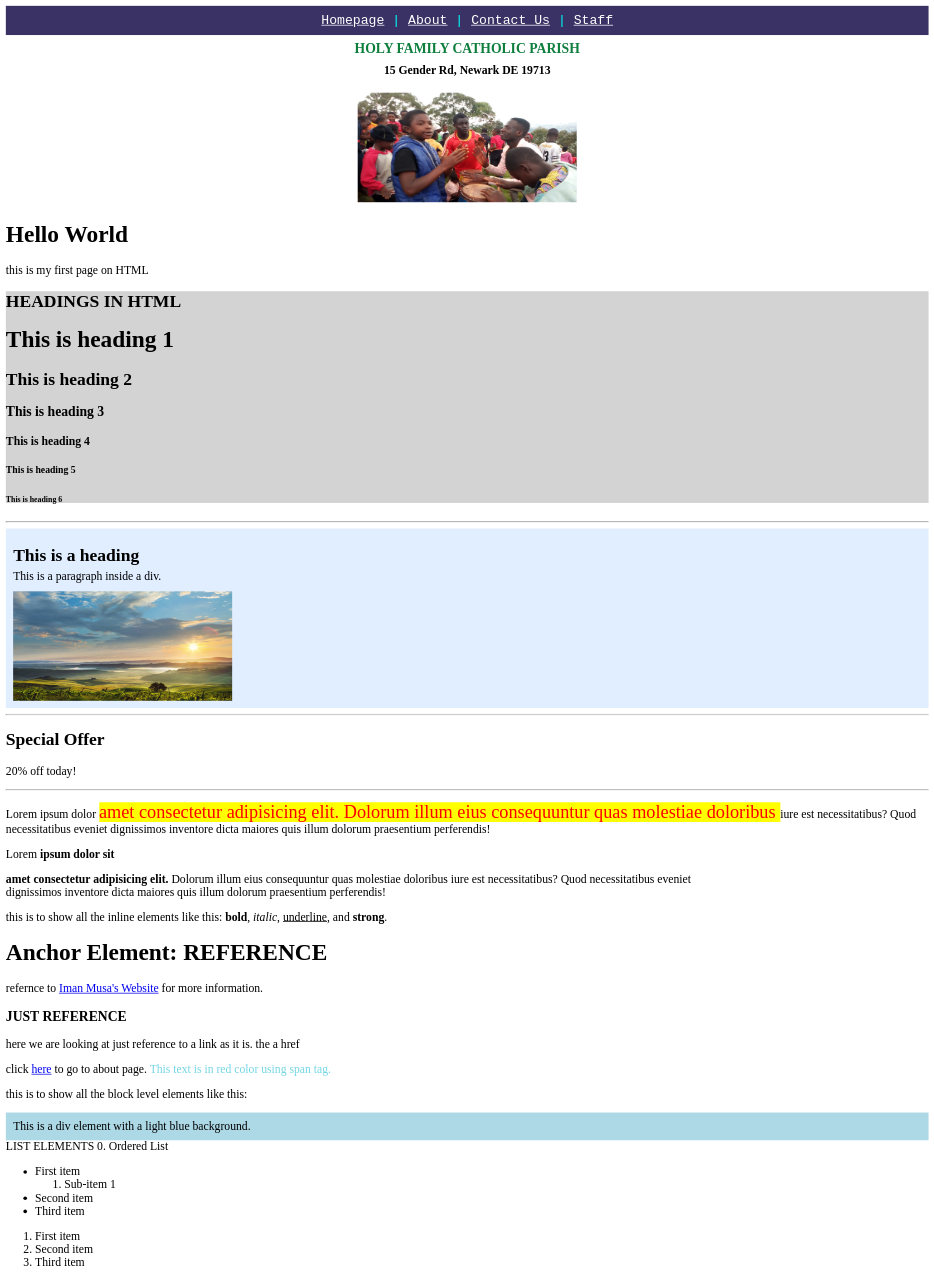
Repository: ficotims/HTML-RESTART
Page: Homepage.html
These files come from the project's save history. The page is drawn as it stood at one moment and after the next save; the edit follows.
The browser window is 1280 px wide. The pictures show the whole page, at 73% of full size.

Above is the page before, as saved 2026-02-10 13:17:41.

After the next save:
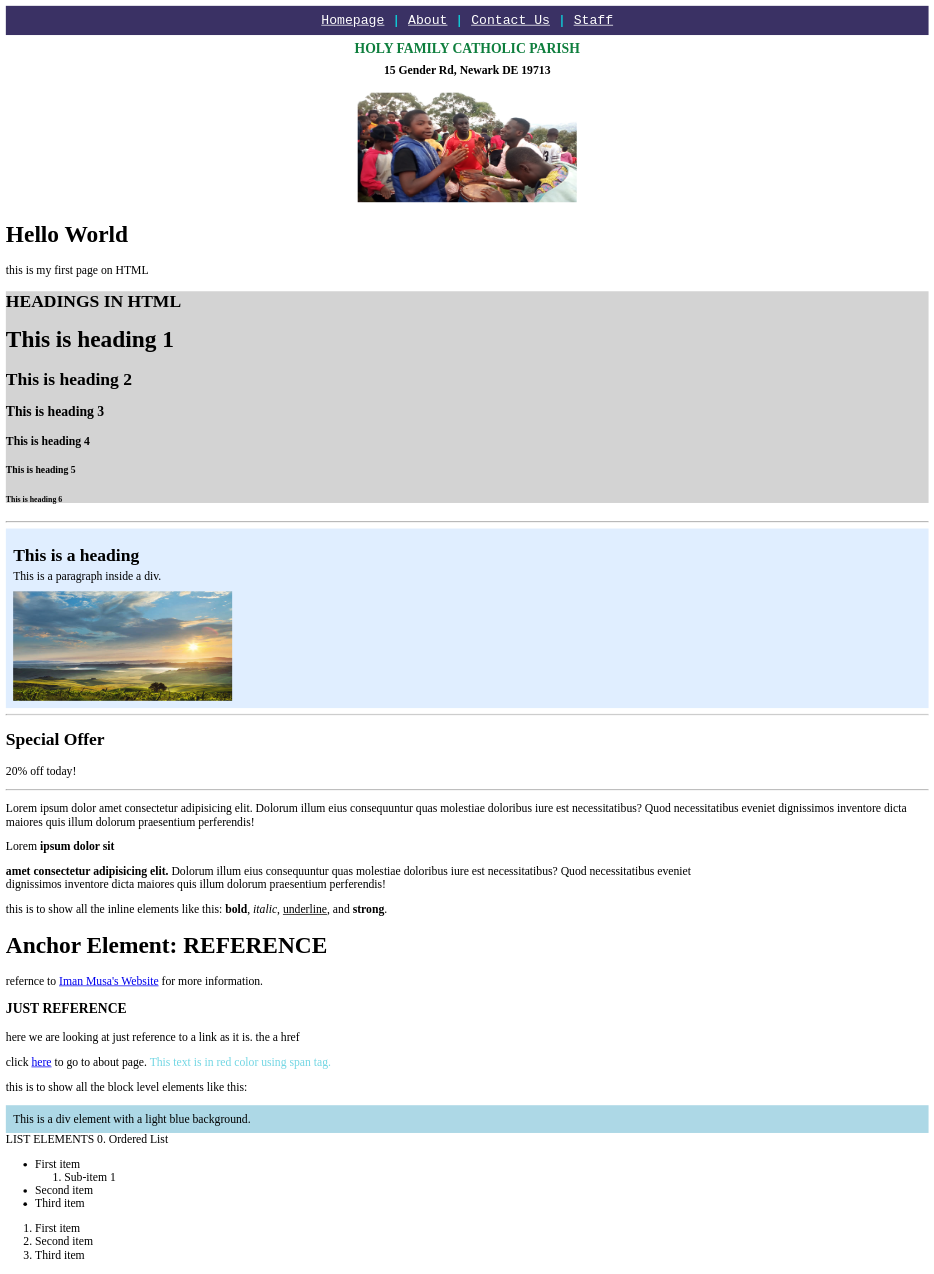
Saved 72 s later.
--- a/Style 1.css
+++ b/Style 1.css
@@ -1,4 +1,4 @@
-.body1 {
+body1 {
     color: red;
     background-color: yellow;
     font-size: 25px;

After the save that followed:
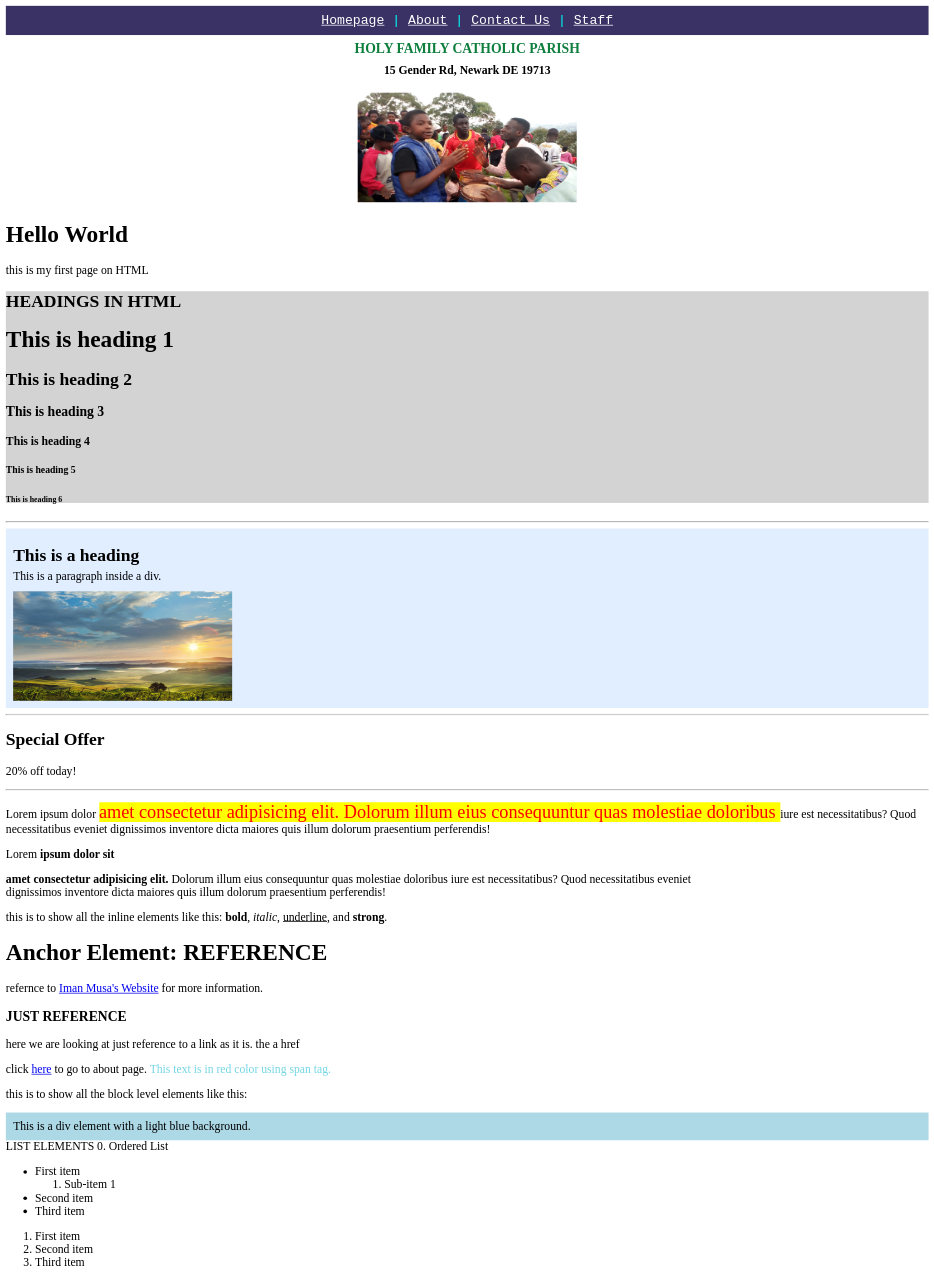
Saved 4 s later.
--- a/Style 1.css
+++ b/Style 1.css
@@ -1,4 +1,4 @@
-body1 {
+.body1 {
     color: red;
     background-color: yellow;
     font-size: 25px;
